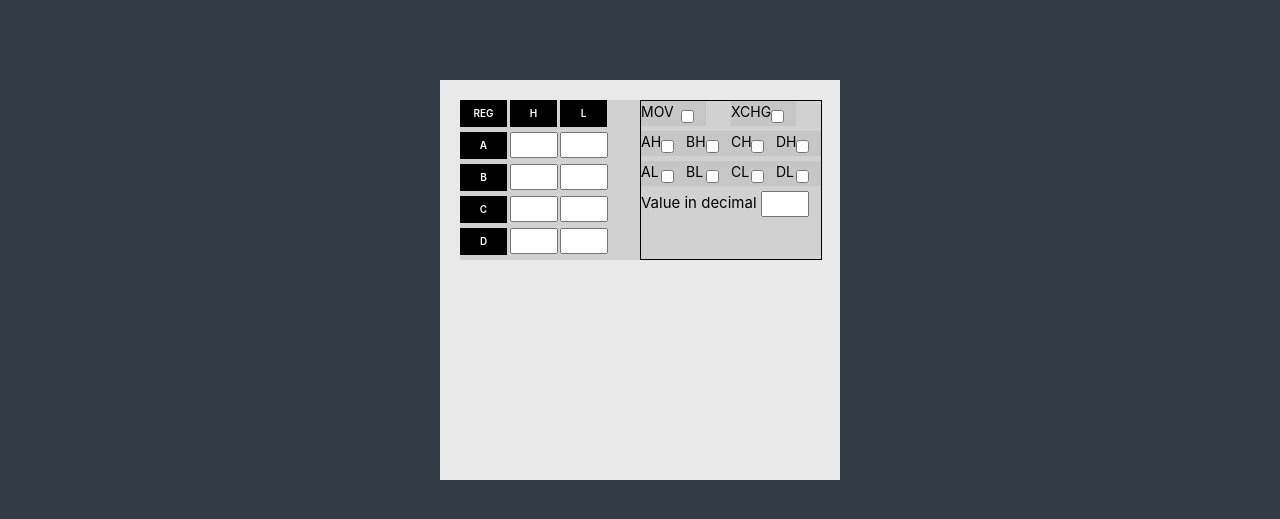
Repository: piookr-wsei/8086
Page: /
The author's editor kept a copy of each file at every save. The page is drawn from the files as they stood at one save, then again after a run of saves.
The browser window is 1280 px wide. The pictures show the whole page.
The project was rebuilt for these pictures with package versions that can differ from the ones it lists, and the page was loaded fresh each time.

Above is the page before, as saved 2022-06-18 21:47:28.

After the next 2 saves:
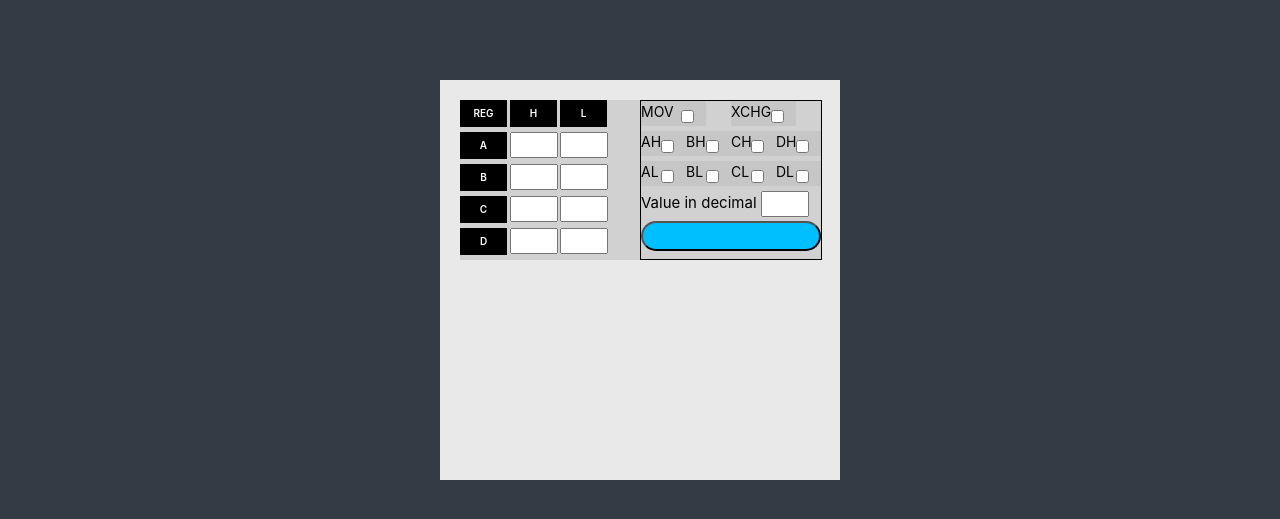
The 2 saves are shown as one change because 1 did not build or start.
The last was saved 28 s later.
--- a/src/App.js
+++ b/src/App.js
@@ -1,7 +1,7 @@
 import React from 'react';
 import { useState } from 'react';
 import './App.css';
-import { RegDesc, RegInput, RegWrapper, UiWindow, UiWrapper, SettingsWrapper, Labels, CheckWrapper, OpBox, LineWrap, NumDesc, RegChWrapper } from './Components/Components.elements';
+import { RegDesc, RegInput, RegWrapper, UiWindow, UiWrapper, SettingsWrapper, Labels, CheckWrapper, OpBox, LineWrap, NumDesc, RegChWrapper, Run } from './Components/Components.elements';
 
 
 function App() {
@@ -98,6 +98,7 @@ function OpChange(){
               <LineWrap>
               <NumDesc textContent={"Value in decimal"}/>  <RegInput maxLength={3} style={{width:"40px"}}/>
               </LineWrap>
+              <Run></Run>
           </SettingsWrapper>
 
 
